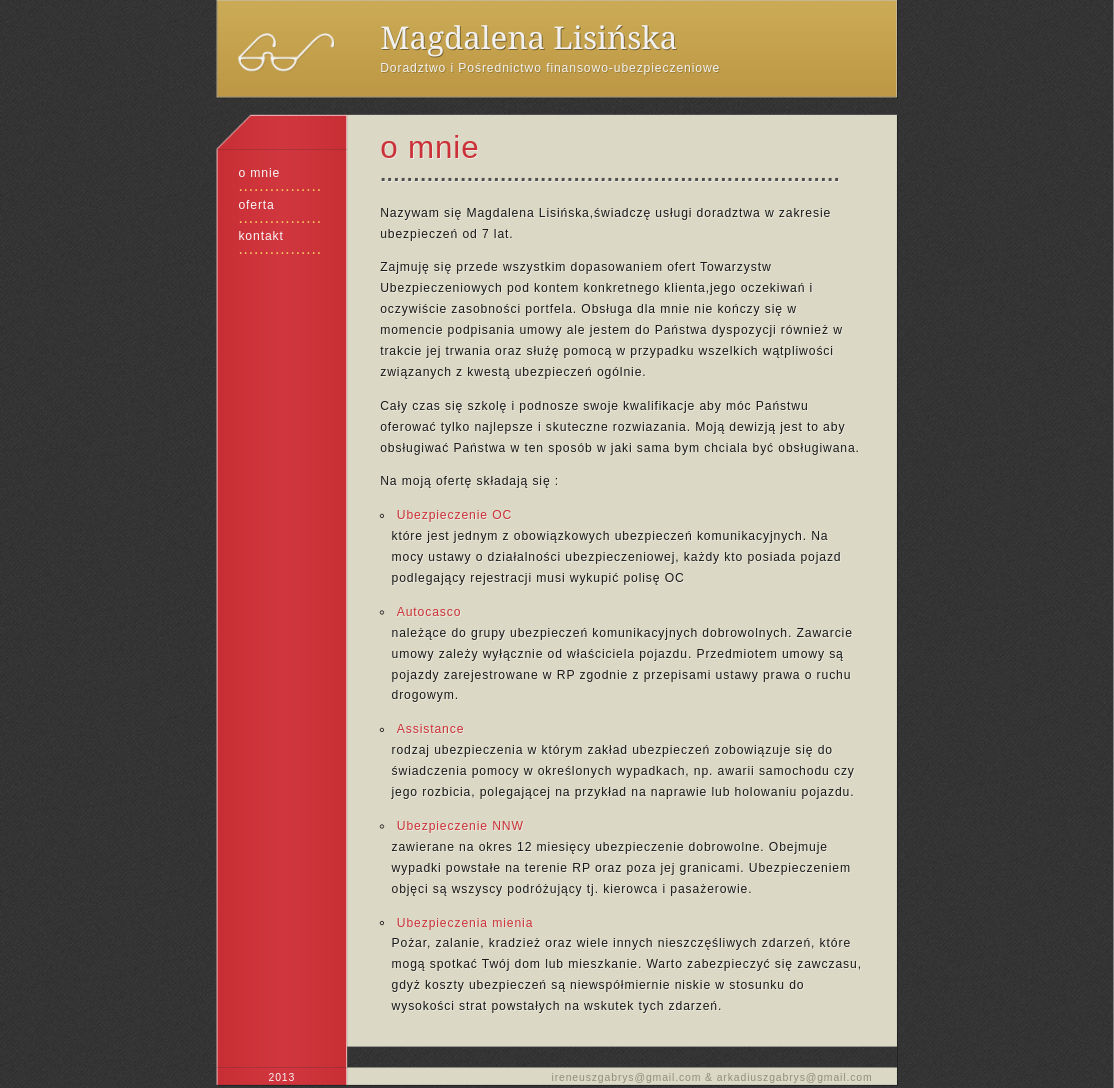
Repository: gabr/php_elicpse_workspace
Page: Magda Lisinska/index.html
The author's editor kept a copy of each file at every save. The page is drawn from the files as they stood at one save, then again after the next save.
The browser window is 1280 px wide. The pictures show the whole page, at 87% of full size.

Above is the page before, as saved 2013-03-08 13:48:08.

### Magda Lisinska/index.html
<!DOCTYPE HTML>
<html>
<head>
<meta http-equiv="Content-Type" content="text/html; charset=utf-8">
<title>Magdalena Lisińska</title>
<!--
		<meta name="description" content="Add your sites description here">
		<meta name="keywords" content="Add,your,site,keywords,here">
		<link rel="icon" type="image/x-icon" href="../images/favicon.ico">
		-->
<link rel="stylesheet" type="text/css" href="css/reset.css"
  media="screen">
<link rel="stylesheet" type="text/css" href="css/style.css"
  media="screen">
<!-- <script src="js/jquery-1.9.1.js"></script>
        <script src="js/script.js"></script> -->
<!--[if lt IE 9]>
		<script src="js/html5shiv.js"></script>
		<![endif]-->
</head>

<body>
  <!-- head -->
  <div id="header">
    <a href="index.html" id="glasses"></a> <a href="index.html"
      id="header-title">
      <p id="title">Magdalena Lisińska</p>
      <p id="slogan">Doradztwo i Pośrednictwo
        finansowo-ubezpieczeniowe</p>
    </a>
    <div class="clear"></div>
  </div>

  <!-- body -->
  <div id="body">
    <!-- menu -->
    <div id="menu">
      <div id="menu-head"></div>
      <div id="menu-body" style="height: 1055px">
        <div id="menu-margin"></div>
        <ul>
          <li><a href="#">o mnie</a></li>
          <li class="line">................</li>
          <li><a href="#">oferta</a></li>
          <li class="line">................</li>
          <li><a href="kontakt.html">kontakt</a></li>
          <li class="line">................</li>
        </ul>
      </div>
    </div>
    <!-- content -->
    <div id="content">
      <div>
        <h1>o mnie</h1>
        <div class="line">.....................................................................</div>
        <p>Nazywam się Magdalena Lisińska,świadczę usługi doradztwa
          w zakresie ubezpieczeń od 7 lat.</p>
        <p>Zajmuję się przede wszystkim dopasowaniem ofert
          Towarzystw Ubezpieczeniowych pod kontem konkretnego
          klienta,jego oczekiwań i oczywiście zasobności portfela.
          Obsługa dla mnie nie kończy się w momencie podpisania umowy
          ale jestem do Państwa dyspozycji również w trakcie jej trwania
          oraz służę pomocą w przypadku wszelkich wątpliwości związanych
          z kwestą ubezpieczeń ogólnie.</p>
        <p>Cały czas się szkolę i podnosze swoje kwalifikacje aby
          móc Państwu oferować tylko najlepsze i skuteczne rozwiazania.
          Moją dewizją jest to aby obsługiwać Państwa w ten sposób w
          jaki sama bym chciala być obsługiwana.</p>
        <p>Na moją ofertę składają się :</p>
        <ul>
          <li><a
            href="http://www.grupa-arda.pl/ubezpieczenia/ubezpieczenia-oc.html?phpMyAdmin=3N6bEaCYBK2Jq4cIqrYr1X8wqk0">Ubezpieczenie
              OC</a>
            <p>które jest jednym z obowiązkowych ubezpieczeń
              komunikacyjnych. Na mocy ustawy o działalności
              ubezpieczeniowej, każdy kto posiada pojazd podlegający
              rejestracji musi wykupić polisę OC</p></li>
          <li><a
            href="http://www.grupa-arda.pl/ubezpieczenia/ubezpieczenia-autocasco.html?phpMyAdmin=3N6bEaCYBK2Jq4cIqrYr1X8wqk0">Autocasco</a>
            <p>należące do grupy ubezpieczeń komunikacyjnych
              dobrowolnych. Zawarcie umowy zależy wyłącznie od
              właściciela pojazdu. Przedmiotem umowy są pojazdy
              zarejestrowane w RP zgodnie z przepisami ustawy prawa o
              ruchu drogowym.</p></li>
          <li><a
            href="http://www.grupa-arda.pl/ubezpieczenia/ubezpieczenia-assistance.html?phpMyAdmin=3N6bEaCYBK2Jq4cIqrYr1X8wqk0">Assistance</a>
            <p>rodzaj ubezpieczenia w którym zakład ubezpieczeń
              zobowiązuje się do świadczenia pomocy w określonych
              wypadkach, np. awarii samochodu czy jego rozbicia,
              polegającej na przykład na naprawie lub holowaniu pojazdu.</p>
          </li>
          <li><a
            href="http://www.grupa-arda.pl/ubezpieczenia/ubezpieczenia-nnw.html?phpMyAdmin=3N6bEaCYBK2Jq4cIqrYr1X8wqk0">Ubezpieczenie
              NNW</a>
            <p>zawierane na okres 12 miesięcy ubezpieczenie
              dobrowolne. Obejmuje wypadki powstałe na terenie RP oraz
              poza jej granicami. Ubezpieczeniem objęci są wszyscy
              podróżujący tj. kierowca i pasażerowie.</p></li>
          <li><a
            href="http://www.grupa-arda.pl/ubezpieczenia/ubezpieczenia-mienia.html?phpMyAdmin=3N6bEaCYBK2Jq4cIqrYr1X8wqk0">Ubezpieczenia
              mienia</a>
            <p>Pożar, zalanie, kradzież oraz wiele innych
              nieszczęśliwych zdarzeń, które mogą spotkać Twój dom lub
              mieszkanie. Warto zabezpieczyć się zawczasu, gdyż koszty
              ubezpieczeń są niewspółmiernie niskie w stosunku do
              wysokości strat powstałych na wskutek tych zdarzeń.</p></li>
        </ul>
      </div>
    </div>
    <div class="clear"></div>

    <!-- footer -->
    <div id="footer">
      <div id="left-footer">
        <p>2013</p>
      </div>
      <div id="right-footer">
        <p>ireneuszgabrys@gmail.com &amp;
          arkadiuszgabrys@gmail.com&ensp;&ensp;&ensp;&ensp;</p>
      </div>
      <div class="clear"></div>
    </div>

  </div>

</body>
</html>

### Magda Lisinska/css/reset.css
/*
html5doctor.com Reset Stylesheet
v1.6.1
Last Updated: 2010-09-17
Author: Richard Clark - http://richclarkdesign.com
Twitter: @rich_clark
*/

html, body, div, span, object, iframe,
h1, h2, h3, h4, h5, h6, p, blockquote, pre,
abbr, address, cite, code,
del, dfn, em, img, ins, kbd, q, samp,
small, strong, sub, sup, var,
b, i,
dl, dt, dd, ol, ul, li,
fieldset, form, label, legend,
table, caption, tbody, tfoot, thead, tr, th, td,
article, aside, canvas, details, figcaption, figure,
footer, header, hgroup, menu, nav, section, summary,
time, mark, audio, video {
margin:0;
padding:0;
border:0;
outline:0;
font-size:100%;
vertical-align:baseline;
background:transparent;
}

body {line-height:1;}

article,aside,details,figcaption,figure,
footer,header,hgroup,menu,nav,section {
display:block; zoom:1;
}

nav ul {list-style:none;}

blockquote, q {quotes:none;}

blockquote:before, blockquote:after,
q:before, q:after {
content:'';
content:none;
}

a {
margin:0;
padding:0;
font-size:100%;
vertical-align:baseline;
background:transparent;
}

/* change colours to suit your needs */
ins {
background-color:#ff9;
color:#000;
text-decoration:none;
}

/* change colours to suit your needs */
mark {
background-color:#ff9;
color:#000;
font-style:italic;
font-weight:bold;
}

del {text-decoration: line-through;}

abbr[title], dfn[title] {
border-bottom:1px dotted;
cursor:help;
}

table {
border-collapse:collapse;
border-spacing:0;
}

/* change border colour to suit your needs */
hr {
display:block;
height:1px;
border:0;
border-top:1px solid #cccccc;
margin:1em 0;
padding:0;
}

input, select {
vertical-align:middle;
}

### Magda Lisinska/css/style.css
/*  Main  */
body {
  background: url(../images/background.png);
  color: #000;
  font-family: Arial, Helvetica, sans-serif;
  font-size: 14px;
  letter-spacing: 1px;
}

p {
  color: #181818;
  text-align: left;
  margin: 0px 0px 15px 0px;
  line-height: 24px;
}

a {
  color: #cb3138;
  text-decoration: none;
}

a:hover {
  text-decoration: underline;
}

h1 {
  margin: 20px 0px 0px 0px;
  font-size: 36px;
  color: #cb3138;
  font-weight: normal;
}

img {
  float: left;
  margin: 5px 10px 0px 0px;
  border: 1px solid #363636;
  box-shadow: 1px 1px 0px rgba(255, 255, 255, 0.5);
}

.line {
  -webkit-touch-callout: none;
  -webkit-user-select: none;
  -khtml-user-select: none;
  -moz-user-select: none;
  -ms-user-select: none;
  user-select: none;
}

.clear {
  clear: both;
}

/* Header */
#header {
  background: url(../images/header.jpg);
  width: 780px;
  height: 110px;
  margin: 0 auto;
  border: 1px solid #dbc89a;
  box-shadow: 1px 1px 0px rgba(0, 0, 0, 0.4)
}

#glasses {
  background: url(../images/glasses.png);
  width: 112px;
  height: 45px;
  margin: 37px 0px 0px 23px;
  display: block;
  outline: none;
  float: left;
}

#header-title {
  float: left;
  margin: 30px 0px 0px 52px;
  outline: none;
  text-decoration: none;
}

#title {
  margin: 0px 0px 0px 0px;
  color: #f1f1f1;
  text-shadow: 1px 1px 0px rgba(0, 0, 0, 0.4);
  font-family: Georgia, Times New Roman, Times;
  font-size: 36px;
  letter-spacing: 0px;
}

#slogan {
  color: #f1f1f1;
  text-shadow: 1px 1px 0px rgba(0, 0, 0, 0.2);
  margin: 11px 0px 0px 0px;
}

/* Body */
#body {
  margin: 0 auto;
  margin-top: 20px;
  width: 782px;
  box-shadow: 1px 1px 0px rgba(0, 0, 0, 0.4);
}

/* Menu */
#menu {
  float: left;
  width: 150px;
}

#menu-head {
  background: url(../images/menu_head.png);
  height: 40px;
}

#menu-body {
  background: url(../images/menu.jpg);
  min-height: 200px;
}

#menu-margin {
  height: 20px;
}

#menu-body ul {
  width: 100px;
  margin: 0 auto;
  list-style: none;
}

#menu-body a {
  color: #f7f7f7;
  text-decoration: none;
}

#menu-body li>a:hover {
  font-weight: bold;
}

#menu-body li.line {
  font-size: 18px;
  color: #f7cb61;
  margin: -1px 0px 5px 0px;
}

/* Content */
#content {
  float: left;
  width: 632px;
  min-height: 200px;
  background: #dbd8c5;
  text-shadow: 1px 1px 0px rgba(255, 255, 255, 0.5);
  padding-bottom: 20px;
}

#content>div {
  margin: 0px 38px 0px 38px;
}

#content .line {
  margin: 0px 0px 20px 0px;
  font-size: 24px;
  color: #4f4f4f;
  font-weight: bold;
}

#content ul {
  list-style-type: circle;
  list-style-position: inside;
}

#content ul li {
  text-decoration: none;
  font-family: Arial, Helvetica, sans-serif;
  font-size: 14px;
  letter-spacing: 1px;
  color: #181818;
  text-align: left;
  margin: 0px 0px 15px 0px;
  line-height: 24px;
}

#content ul li a {
  font: inherite;
}

#content ul li p {
  margin-left: 13px;
}

#content iframe {
  margin: 20px auto 2px auto;
}

#google-maps {
  float: right;
  margin-right: 6px;
}

/* Footer */
#footer {
  width: 782px;
}

#left-footer {
  background: url(../images/menu.jpg);
  width: 150px;
  height: 20px;
  float: left;
}

#left-footer p {
  color: #f7f7f7;
  text-align: center;
  font-size: 12px;
}

#right-footer {
  float: right;
  width: 632px;
  height: 20px;
  background: #dbd8c5;
}

#right-footer p {
  color: #918e7e;
  text-align: right;
  font-size: 12px;
}

After the next save:
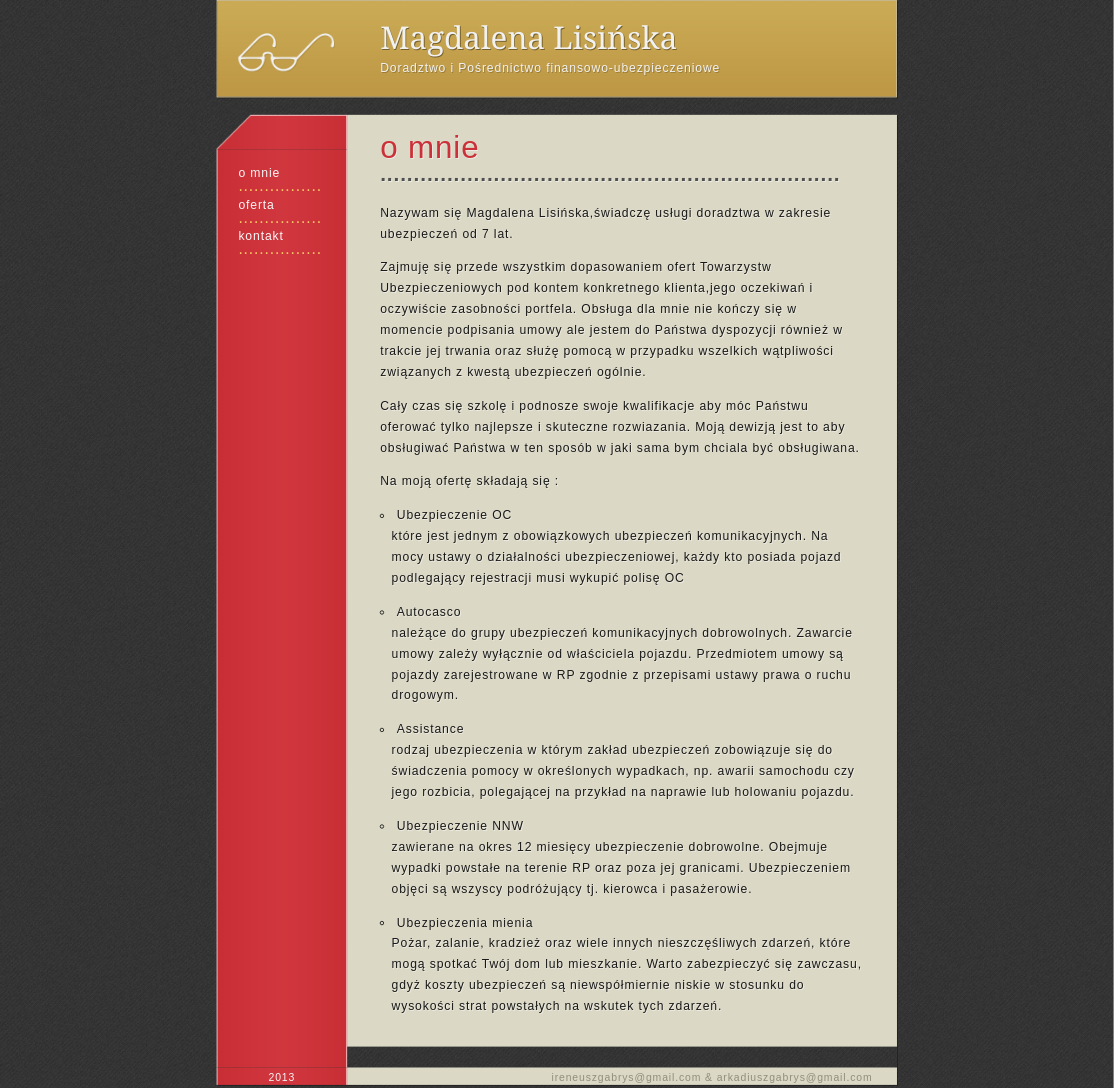
Saved 25 s later.
--- a/Magda Lisinska/css/style.css
+++ b/Magda Lisinska/css/style.css
@@ -179,7 +179,7 @@ img {
 }
 
 #content ul li a {
-  font: inherite;
+  color: #181818;
 }
 
 #content ul li p {
